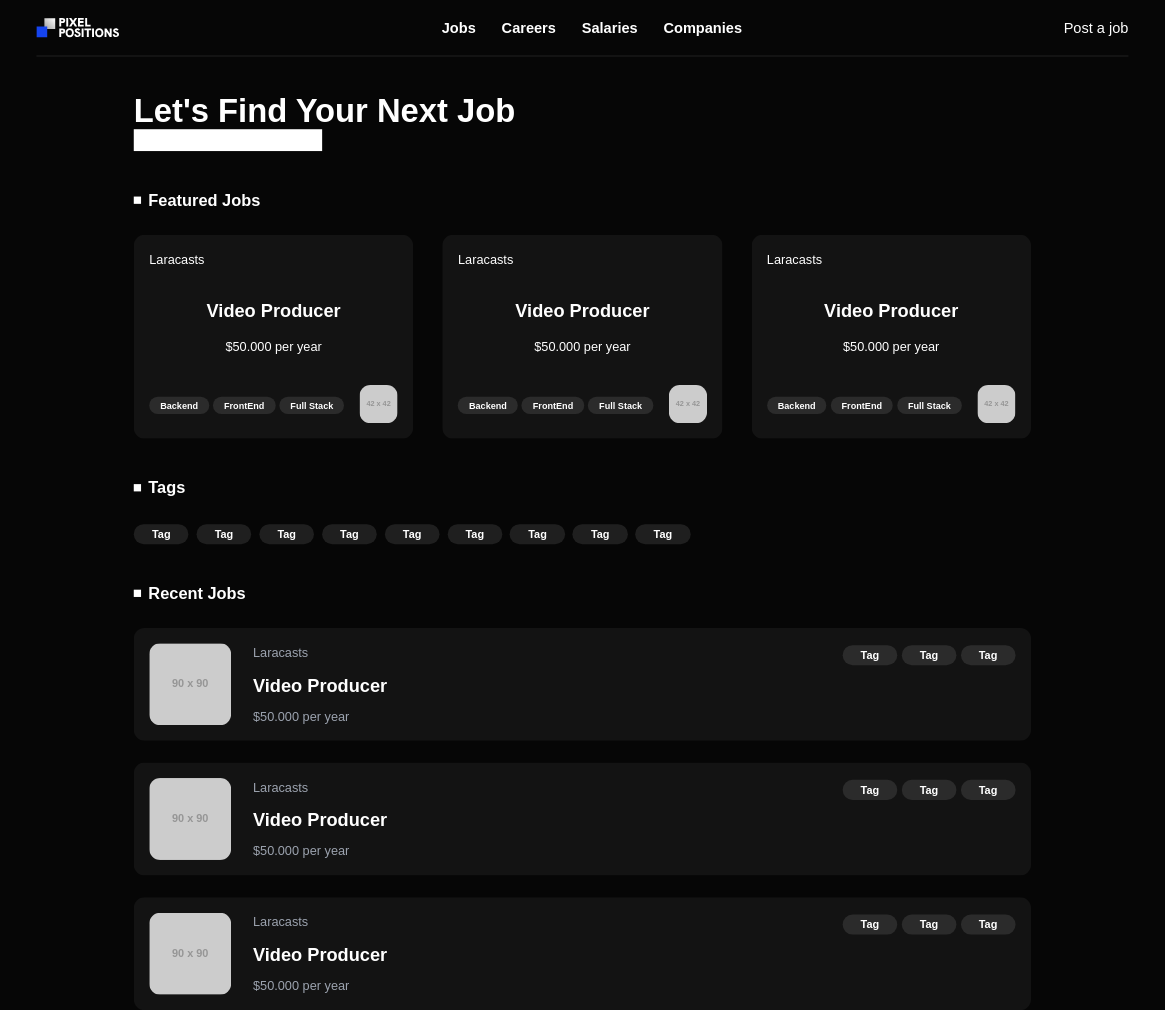
Repository: aggepap/pixel-positions-laravel
Page: http://localhost/
An editor plug-in stored every save of this project. The page is shown before and after the next save, followed by the edit.
The browser window is 1280 px wide. The pictures show the whole page, at 91% of full size.
Some web fonts or font styles are not loaded; a fallback is used. The page is served by the project's Laravel application, run on PHP 8.4 with Laravel 12. Style sheets and scripts are compiled from the project's sources, by tool versions that may differ from the author's.

Above is the page before, as saved 2025-02-21 22:39:23.

After the next save:
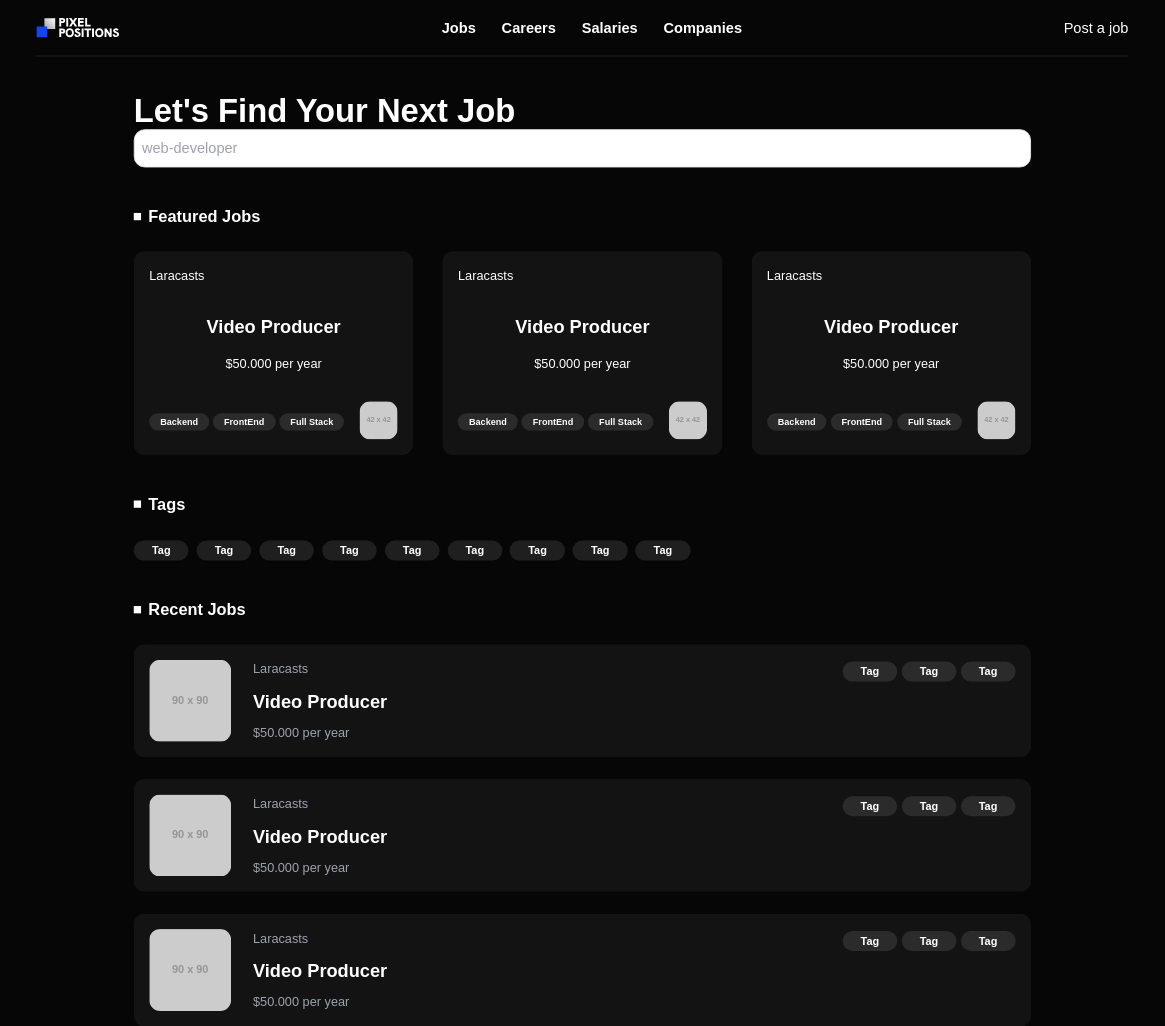
Saved 23 s later.
--- a/resources/views/welcome.blade.php
+++ b/resources/views/welcome.blade.php
@@ -4,7 +4,7 @@
         <section>
             <h1 class="font-bold text-4xl">Let's Find Your Next Job</h1>
             <form action="">
-                <input type="text">
+                <input type="text" placeholder="web-developer" class="w-full rounded-xl border border-gray-200 p-2">
             </form>
         </section>
 
